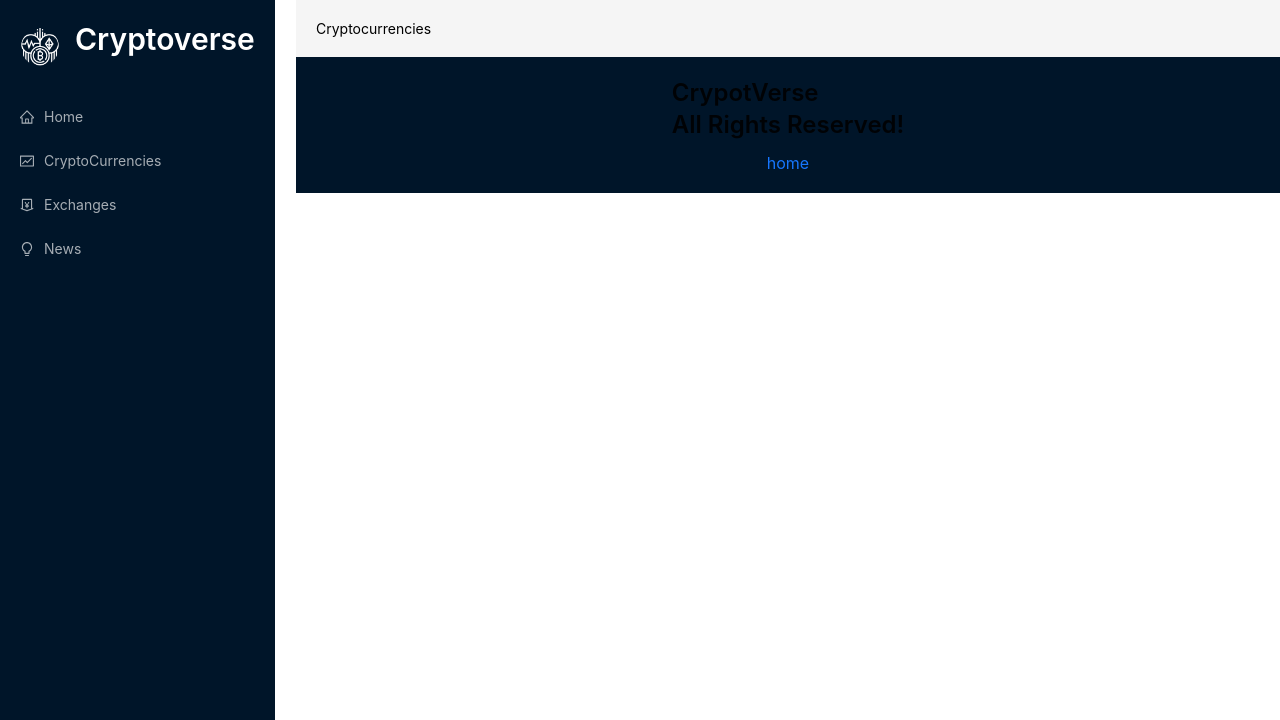
Repository: EyanIngles/CryptoWatcher
Page: /cryptocurrencies
The author's editor kept a copy of each file at every save. The page is drawn from the files as they stood at one save, then again after the next save.
The browser window is 1280 px wide. The pictures show the whole page.
The project was rebuilt for these pictures with package versions that can differ from the ones it lists, and the page was loaded fresh each time. Also part of the build but not shown: src/components/CryptoDetails.jsx, src/components/Exchanges.jsx, src/components/News.jsx.

Above is the page before, as saved 2024-05-01 10:16:00.

### public/index.html
<!DOCTYPE html>
<html lang="en">
  <head>
    <meta charset="utf-8" />
    <link rel="icon" href="%PUBLIC_URL%/favicon.ico" />
    <meta name="viewport" content="width=device-width, initial-scale=1" />
    <meta name="theme-color" content="#000000" />
    <meta
      name="description"
      content="Web site created using create-react-app"
    />
    <link rel="apple-touch-icon" href="%PUBLIC_URL%/logo192.png" />
    <link rel="manifest" href="%PUBLIC_URL%/manifest.json" />
    <title>CryptoVerse</title>
  </head>
  <body>
    <noscript>You need to enable JavaScript to run this app.</noscript>
    <div id="root"></div>
  </body>
</html>

### src/index.js
import React from 'react';
import ReactDOM from 'react-dom/client';
import { BrowserRouter as Router } from 'react-router-dom';
import './index.css';
//import 'antd/dist/antd.css';
import App from './App';
import reportWebVitals from './reportWebVitals';

const root = ReactDOM.createRoot(document.getElementById('root'));
root.render(
  <React.StrictMode>
    <Router><App /></Router>
  </React.StrictMode>
);

// If you want to start measuring performance in your app, pass a function
// to log results (for example: reportWebVitals(console.log))
// or send to an analytics endpoint. Learn more: https://bit.ly/CRA-vitals
reportWebVitals();

### src/App.js
import React from 'react'
import './App.css';
import { Route, Routes, BrowserRouter, Link } from 'react-router-dom';
import { Layout, Typography, Space } from 'antd';


import { Navbar, Homepage, Exchanges, Cryptocurrencies, CryptoDetails,News } from './components';

const App = () => {
  return (
    <div className='app'>
      <div className='navbar'>
        <Navbar></Navbar>
      </div>
      <div className='main'>
        <Layout>
          <div className='routes'>
              <Routes>
                <Route path="/" element={<Homepage />} />
                <Route path="/cryptocurrencies" element={<Cryptocurrencies />} />
                <Route path="/exchanges" element={<Exchanges />} />
                <Route path="/crypto/:coindId" element={<CryptoDetails />} />
                <Route path="/news" element={<News />} />
              </Routes>
          </div>
        </Layout>
      <div className='footer'>
        <Typography.Title level={3} styles={{ color: "white", textAlign: "center" }}>
          CrypotVerse <br/>
          All Rights Reserved!
        </Typography.Title>
        <Space>
          <Link to="/">home </Link>
        </Space>
      </div>
      </div>
    </div>
  )
}

export default App

### src/App.css

:root{
  --text-primary:#000;
  --bgPrimary:#fff;
 --bgSecondary: #F9F9F9;
 --pink: #0071bd;
 --light-blue: #e6f7ff;
 --border: #d9d9d9;
}

* {
  margin: 0;
  padding: 0;
  box-sizing: border-box;
}

a:hover{
  color: var(--pink) !important;
}

.app{
  display: flex;
  overflow: hidden;
}

.navbar{
  flex: 0.2;
  background-color: rgb(0, 21, 41);
}

.main{
  flex: 0.8;
  width: 100%;

}
.routes{
  padding: 20px;
}
.nav-container{
  position: fixed;
  left: 0;
  margin: 10px;
  height: 100vh;
  margin: 0px;
  background-color: rgb(0, 21, 41);
}

.logo-container{
  background-color: #001529;
  display: flex;
  padding: 20px;
  align-items: center;
  width: 100%;
}
.logo{
  margin:0 0 0 15px;
}
.logo a{
 color: white;
}
.menu-control-container{
  display: none !important;
  position: absolute !important;
  right: 10px !important;
  top: 25px !important;
  font-size: 1.2rem !important;
  background-color: var(--bgSecondary) !important;
  border: none !important;
}

.loader{
  height: 81vh;
  display: flex;
  justify-content: center;
  align-items: center;
}

@media screen and (max-width:1300px){
  .main{
      margin-left: 50px;
  }
}

@media screen and (max-width:1170px){
  .main{
      margin-left: 50px;
  }
}

@media screen and (max-width:1000px){
  .main{
      margin-left: 100px;
  }
}

@media screen and (max-width:800px){
  .app{
      flex-direction: column;
      overflow: hidden;
  }

  .navbar{
      flex: 1;
  }

  .main{
      flex: 1;
      margin-top: 90px;
      margin-left: 0px;
      margin-right: 10px;
  }

  .nav-container{
      height: 8vh;
      position:fixed;
      width: 100%;
      z-index: 100;
      background-color: var(--bgSecondary);
  }

  .menu-control-container{
      display: block !important;
  }

  .ant-menu{
      position: absolute;
      right: 0px;
  }
  .home-title{
      font-size: 1.4rem !important;
  }
  .show-more{
      font-size: 1.3rem !important;
  }
}

.coin-detail-container{
  margin: 30px;
}

.coin-heading-container{
  display: flex;
  justify-content: center;
  align-items: center;
  flex-direction: column;
  border-bottom: 1px solid var(--border);
  padding-top: 20px;
  padding-bottom: 20px;
  gap: 10px;
}

.coin-heading-container .coin-name{
  font-weight: 900;
  color: var(--pink);
}

.coin-heading-container p{
  font-size: 1rem;
  opacity: 0.9;
  margin-bottom: 20px;
}

.stats-container{
  display: flex;
  justify-content: space-between;
  align-items: center;
  gap: 40px;
}

.stats-container h2{
  font-weight: 700;
  font-size: 1.4rem;
  margin-top: 20px;
  color: var(--pink);
}

.coin-details-heading{
  font-weight: 700 !important;
  margin-top: 20px !important;
  color: var(--pink) !important;
}

.coin-stats{
  display: flex;
  justify-content: space-between;
  border-bottom: 1px solid var(--border);
  font-size: 1rem;
  opacity: 0.9;
  padding: 20px;

}

.coin-stats-name{
  display: flex;
  gap: 10px;
  font-size: 1rem;
}

.stats{
  font-weight: 800;
}

.coin-value-statistics-heading p{
  font-size: 1rem;
  opacity: 0.9;
}

.coin-desc-link{
  display: flex;
  gap: 40px;
  margin-top: 40px;
  padding-top: 20px;
}

.coin-desc-link h2{
  font-weight: 700;
  color: var(--pink);
}

.coin-desc-link p{
  font-size: 1rem;
  opacity: 0.9;
}

.coin-desc-link a{
  color: var(--pink);
}

.coin-desc-link h3{
  font-weight: 700;
}

.coin-desc{
  flex: 0.5;
}

.coin-links{
padding: 0px 20px;
  flex: 0.5;
}

.coin-link{
  display: flex;
  justify-content: space-between;
  align-items: center;
  border-bottom: 1px solid var(--border);
  padding: 20px;
}

.link-name{
  text-transform: capitalize;
  font-size: 1rem;
}

.coin-link a{
  color: var(--pink);
  font-weight: 700;
  font-size: 1rem;
}

.coin-link:hover, .coin-stats:hover{
  background-color: var(--bgSecondary);
}

@media screen and (max-width:1000px){
  .stats-container{
      flex-direction: column;
  }
  .coin-desc-link{
      flex-direction: column;
  }
  .stats-container h2{
      margin-top: 0px;
  }
}

@media screen and (max-width: 500px){
  .coin-links{
      padding: 0px;
  }
  .coin-detail-container{
      margin: 0;
  }
}
@media screen and (max-width: 500px){
  .heading{
      margin-top: 20px;
  }
}

.select-news{
  width: 180px;
}
.news-card{
  min-height: 300px !important;
}
.news-image-container{
  display: flex !important;
  justify-content: space-between !important;
}
.news-title{
width: 70%;
}

.news-image-container .img{
  width:100px;
  height:100px;
}
.news-card p{
  color: black;
  margin: 10px 0px !important;
}
.provider-container{
  display: flex;
  justify-content: space-between;
}
.provider-name{
  margin-left: 10px;
}

.chart-header{
  display: flex;
  justify-content: space-between;
  gap: 50px;
  color: #0071bd;
}
.chart-title{
  color: #0071bd !important;
}
.price-container{
  display: flex !important;
  gap: 20px !important;
  align-items: center !important;
  flex-wrap: wrap !important;
}
.price-change{
  font-weight: 900 !important;
}
.current-price{
  margin-top: 0px !important;
  font-weight: 900 !important;
}
.home-heading-container{
  display: flex;
  justify-content: space-between;
  align-items: center;
  margin-top: 40px;
}
.show-more{
  margin-top: 0px !important;
}
.exchange-image{
  margin: 0px 10px !important;
}
.search-crypto{
  margin: 20px auto 30px auto;
  width: 250px;
}
.crypto-card-container{
  min-height: 65vh !important;
}
.crypto-card{
  min-width: 250px;
}
.crypto-card .crypto-image{
  width:35px;
}
.select-timeperiod{
  width: 200px !important;
  margin-top: 20px !important;
}

.footer {
  background-color: #001529;
  display: flex;
  flex-direction: column;
  padding: 20px;
  align-items: center;

}

### src/components/Navbar.jsx
import React from 'react'
import { Button, Menu, Typography, Avatar} from 'antd'
import { Link } from 'react-router-dom'
import { HomeOutlined, MoneyCollectOutlined, BulbOutlined, FundOutlined, MenuOutlined} from '@ant-design/icons'


import icon from '../images/cryptocurrency.png';
const Navbar = () => {
  return (
    <div className='nav-container'>
        <div className='logo-container'>
            <Avatar src={icon} size="large" />
            <Typography.Title level={2} className='logo'>
                <Link to='/'>Cryptoverse</Link>
            </Typography.Title>
        </div>
        <Menu theme='dark'>
          <Menu.Item icon={<HomeOutlined />}>
            <Link to="/">Home</Link>
          </Menu.Item>
          <Menu.Item icon={<FundOutlined />}>
            <Link to="/cryptocurrencies">CryptoCurrencies</Link>
          </Menu.Item>
          <Menu.Item icon={<MoneyCollectOutlined />}>
            <Link to="/exchanges">Exchanges</Link>
          </Menu.Item>
          <Menu.Item icon={<BulbOutlined />}>
            <Link to="/news">News</Link>
          </Menu.Item>
        </Menu>
    </div>
  )
}

export default Navbar

Loaded but not shown: src/index.css (common file); src/reportWebVitals.js (common file); src/components/index.js (common file); src/components/Cryptocurrencies.jsx (common file); src/components/Homepage.jsx (no stored copy; drawn as an empty file)

After the next save:
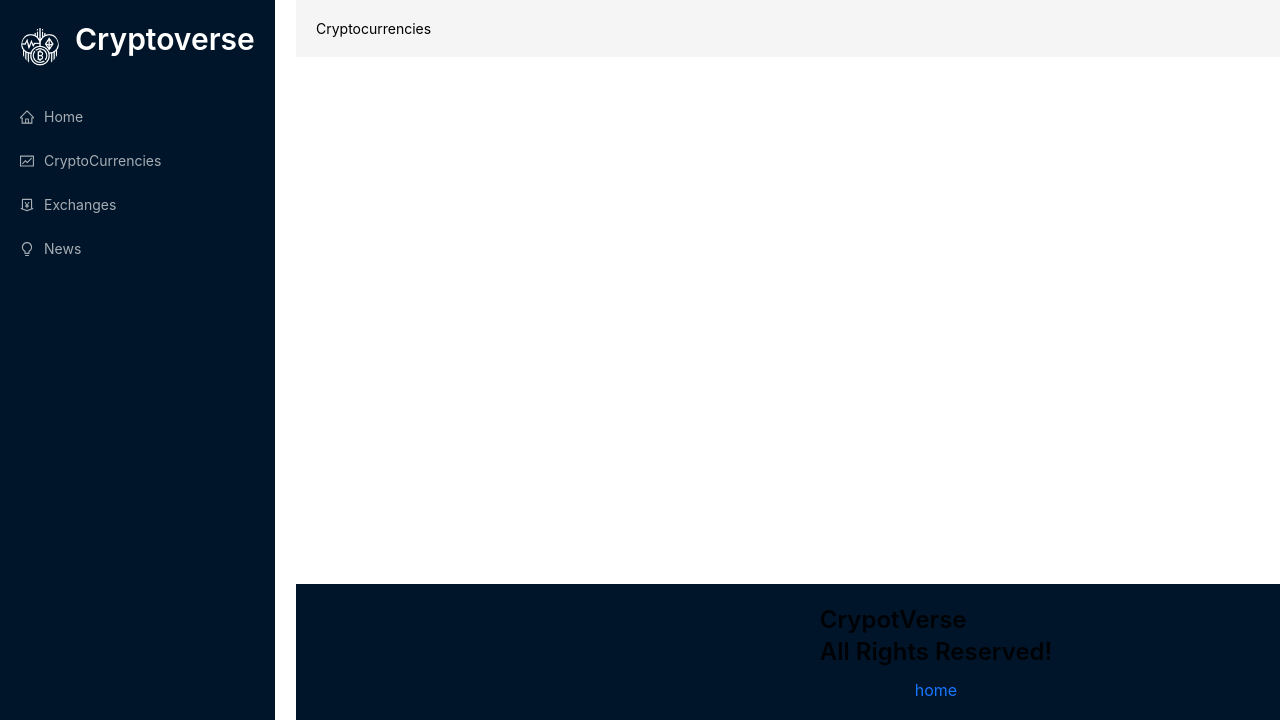
Saved 13 s later.
--- a/src/App.css
+++ b/src/App.css
@@ -376,5 +376,7 @@ width: 70%;
   flex-direction: column;
   padding: 20px;
   align-items: center;
-
-}
+  position: fixed;
+  bottom: 0;
+  width: 100%;
+}
